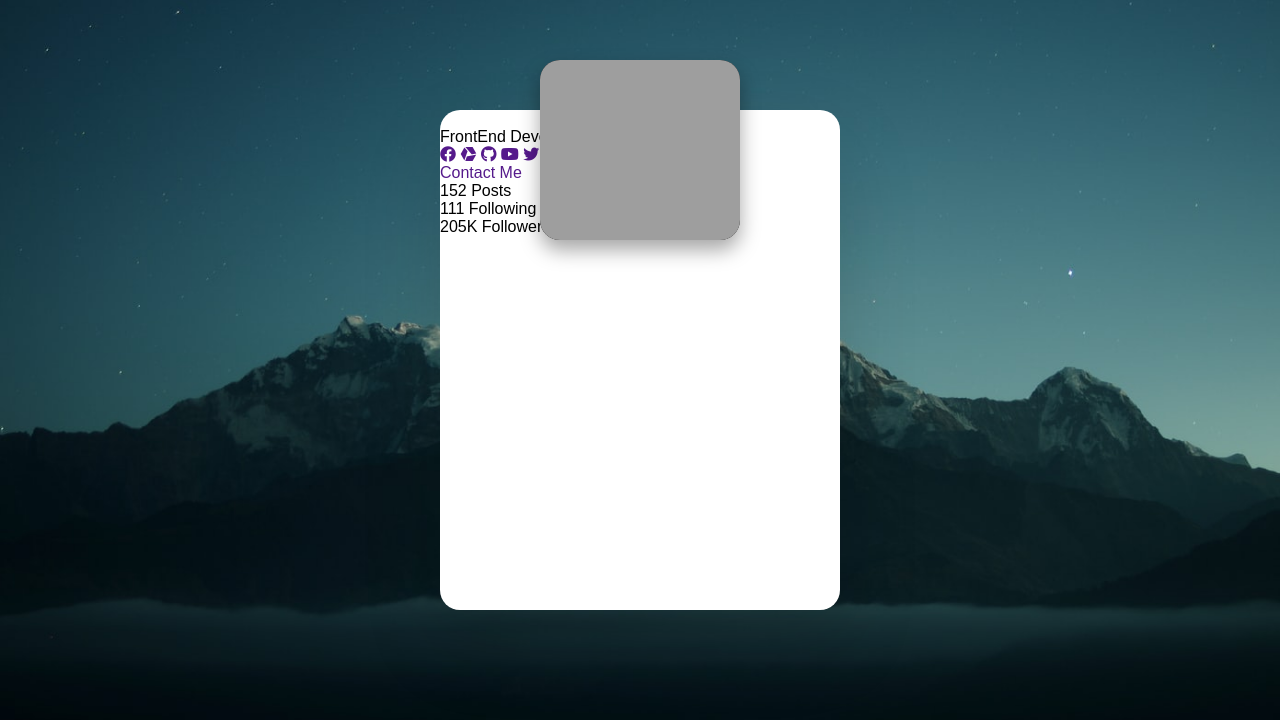
Repository: QuangThanh152/Profile-me
Page: index.html
The author's editor kept a copy of each file at every save. The page is drawn from the files as they stood at one save, then again after the next save.
The browser window is 1280 px wide. The pictures show the whole page.
Pictures or frames that could not be fetched are drawn as grey boxes.

Above is the page before, as saved 2022-10-07 15:10:17.

After the next save:
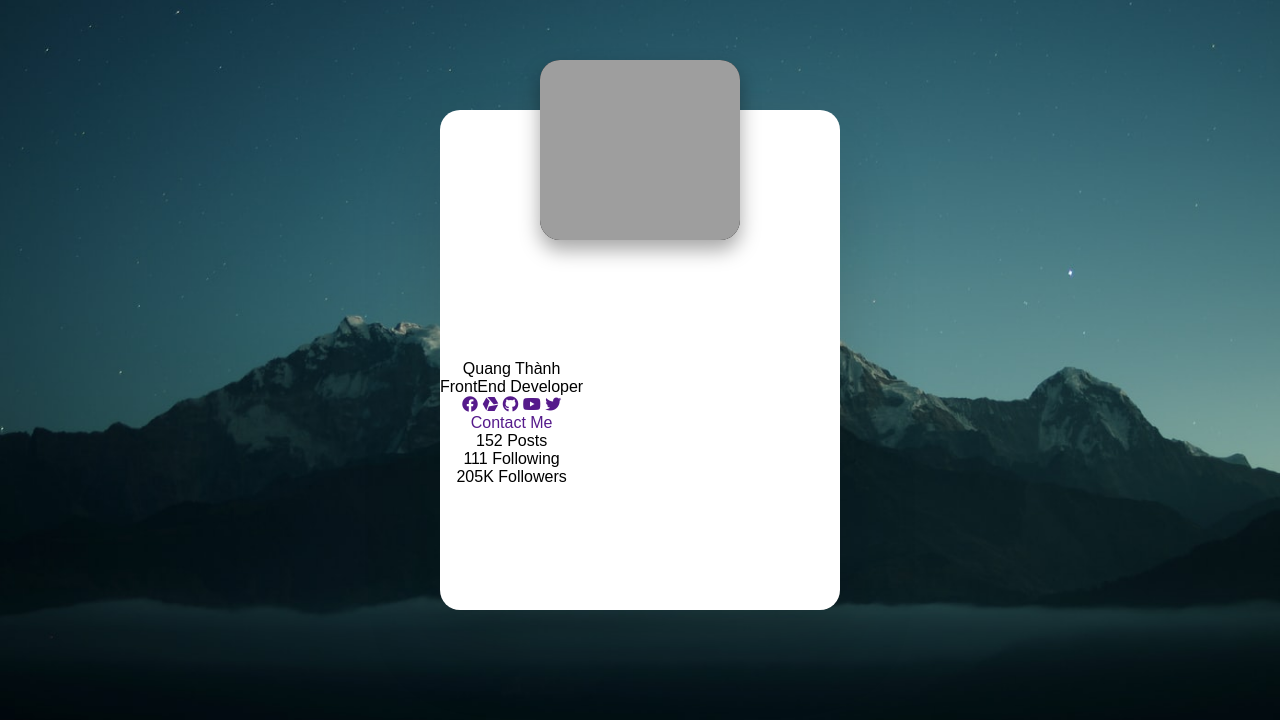
Saved 24 s later.
--- a/accets/main.css
+++ b/accets/main.css
@@ -54,8 +54,11 @@ body {
     height: 100%;
     object-fit: cover;
 }
-
-.name {
+.content {
+    position: absolute;
+    top: 50%;
     text-align: center;
     align-items: center;
 }
+}
+.name {
